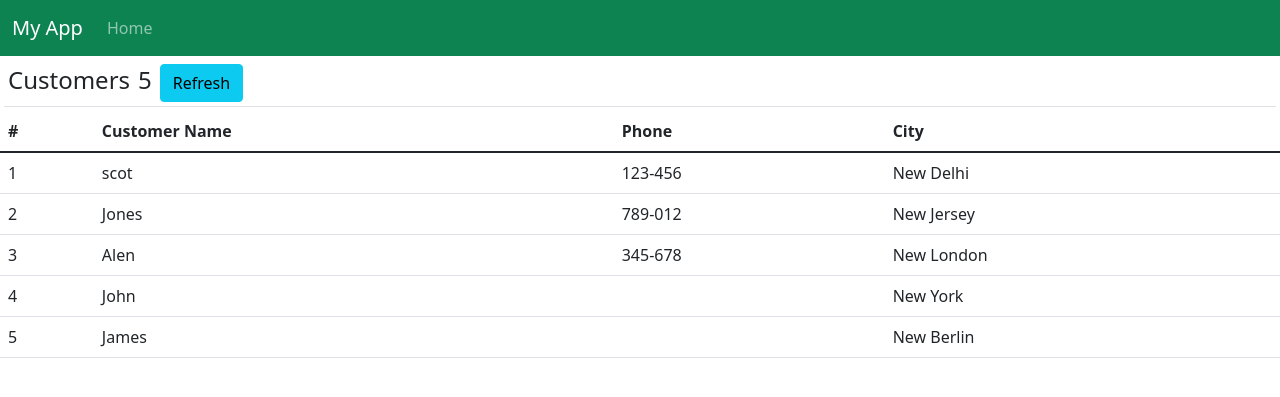
Repository: smit1298/e-commerce
Page: /
The author's editor kept a copy of each file at every save. The page is drawn from the files as they stood at one save, then again after a run of saves.
The browser window is 1280 px wide. The pictures show the whole page.
The project was rebuilt for these pictures with package versions that can differ from the ones it lists, and the page was loaded fresh each time.

Above is the page before, as saved 2022-05-10 17:24:57.

After the next 3 saves:
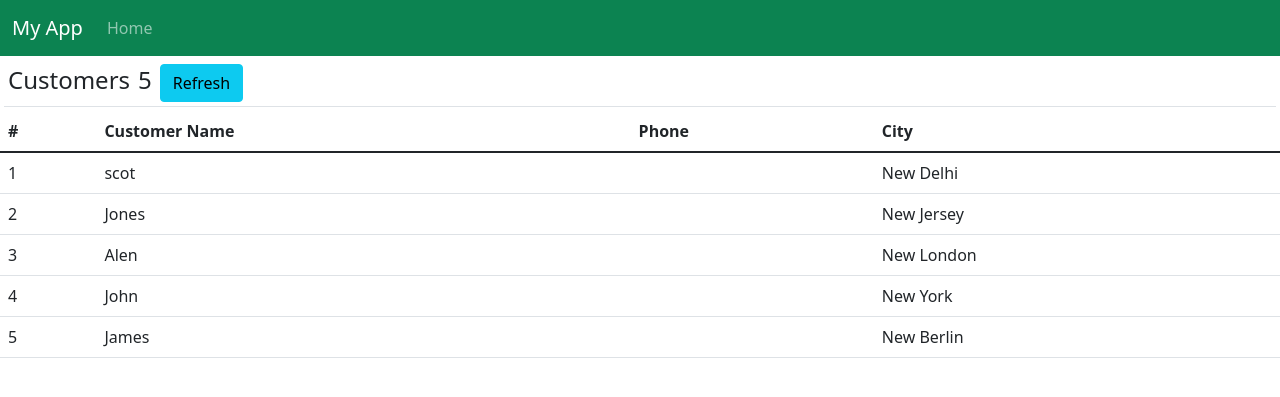
The 3 saves are shown as one change because they came seconds apart.
The last was saved 39 s later.
--- a/src/MainContent.jsx
+++ b/src/MainContent.jsx
@@ -38,7 +38,7 @@ export default class MainContent extends Component {
                 <tr key={cust.id}>
                   <td>{cust.id}</td>
                   <td>{cust.name}</td>
-                  <td>{cust.phone}</td>
+                  <td>{cust.phone === null }</td>
                   <td>{cust.address.city}</td>
                 </tr>
               );
